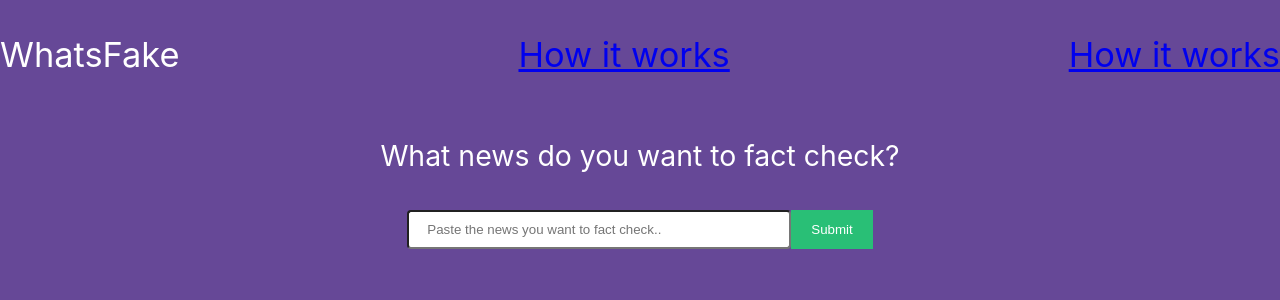
Repository: alkalox/FakeNews
Page: /
An editor plug-in stored every save of this project. The page is shown before and after the next save, followed by the edit.
The browser window is 1280 px wide. The pictures show the whole page.
The project was rebuilt for these pictures with package versions that can differ from the ones it lists, and the page was loaded fresh each time.

Above is the page before, as saved 2019-04-23 19:50:31.

After the next save:
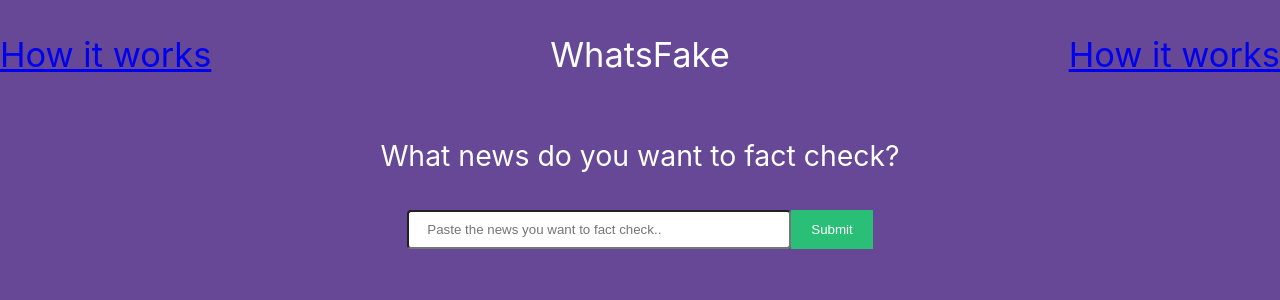
Saved 15 s later.
--- a/src/App.js
+++ b/src/App.js
@@ -51,10 +51,10 @@ class Home extends Component {
       <div className="App">
         <div className = "Header">
           <header className="App-header">
+            <Link to="/howitworks">How it works</Link>
             <p className = "title">
               WhatsFake
             </p>
-            <Link to="/howitworks">How it works</Link>
             <Link to="/howitworks">How it works</Link>
           </header>
           <p className ="text">
